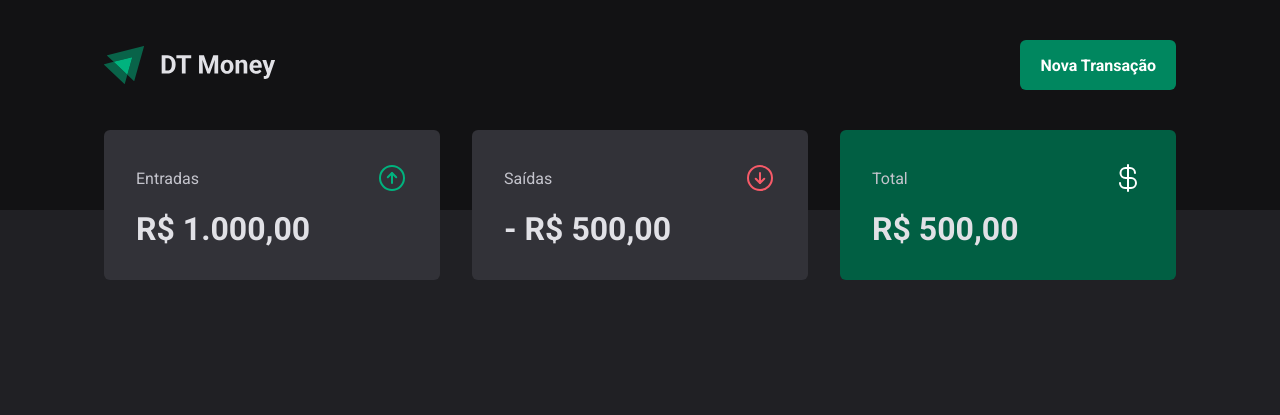
Repository: guilhermecardoso93/dtmoney-reactjs-ignite
Page: /
These files come from the project's save history. The page is drawn as it stood at one moment and after the next save; the edit follows.
The browser window is 1280 px wide. The pictures show the whole page.
The project was rebuilt for these pictures with package versions that can differ from the ones it lists, and the page was loaded fresh each time. Also part of the build but not shown: vite.config.ts.

Above is the page before, as saved 2022-08-15 21:23:42.

### index.html
<!DOCTYPE html>
<html lang="pt-BR">
  <head>
    <meta charset="UTF-8" />
    <link rel="icon" type="image/svg+xml" href="/vite.svg" />
    <link rel="preconnect" href="https://fonts.googleapis.com" />
    <link rel="preconnect" href="https://fonts.gstatic.com" crossorigin />
    <link
      href="https://fonts.googleapis.com/css2?family=Fredoka+One&family=Roboto:wght@300;400;500;700&display=swap"
      rel="stylesheet"
    />
    <meta name="viewport" content="width=device-width, initial-scale=1.0" />
    <title>Dt Money 2022</title>
  </head>
  <body>
    <div id="root"></div>
    <script type="module" src="/src/main.tsx"></script>
  </body>
</html>

### src/App.tsx
import { ThemeProvider } from "styled-components";
import { Header } from "./components/Header";
import { Summary } from "./components/Summary";
import { GlobalStyle } from "./styles/global";
import { defaultTheme } from "./styles/themes/default";

export function App() {
  return (
    <ThemeProvider theme={defaultTheme}>
      <GlobalStyle />
      <Header />
      <Summary />
    </ThemeProvider>
  );
}

### src/components/Header/index.tsx
import { HeaderContainer, HeaderContent, NewTransactionButton } from "./styles";
import LogoImg from "../../assets/logo.svg";

export function Header() {
  return (
    <HeaderContainer>
      <HeaderContent>
        <img src={LogoImg} alt="" />
        <NewTransactionButton>Nova Transação</NewTransactionButton>
      </HeaderContent>
    </HeaderContainer>
  );
}

### src/components/Summary/index.tsx
import { ArrowCircleDown, ArrowCircleUp, CurrencyDollar } from "phosphor-react";
import { SummaryCard, SummaryContainer } from "./styles";

export function Summary() {
  return (
    <SummaryContainer>
      <SummaryCard>
        <header>
          <span>Entradas</span>
          <ArrowCircleUp size={32} color="#00b37e" />
        </header>
        <strong>R$ 1.000,00</strong>
      </SummaryCard>
      <SummaryCard>
        <header>
          <span>Saídas</span>
          <ArrowCircleDown size={32} color="#f75a68" />
        </header>
        <strong> - R$ 500,00</strong>

      </SummaryCard>
      <SummaryCard variant="green">
        <header>
          <span>Total</span>
          <CurrencyDollar size={32} color="#fff" />
        </header>
        <strong>R$ 500,00</strong>
      </SummaryCard>
    </SummaryContainer>
  );
}

### src/styles/global.ts
import { createGlobalStyle } from "styled-components";

export const GlobalStyle = createGlobalStyle`
* {
  margin: 0;
  padding: 0;
  box-sizing: border-box;
}

:focus {
  outline: 0;
  box-shadow:0 0 0 2ox ${(props) => props.theme["green-500"]} ;
}

body {
  background-color: ${(props) => props.theme["gray-800"]};
  color:${(props) => props.theme["gray-100"]}
}

body, input, text-area, button {
  font:400 1rem 'Roboto' ;
}
`;

### src/components/Header/styles.ts
import styled from "styled-components";

export const HeaderContainer = styled.header`
background-color: ${(props) => props.theme["gray-900"]};
padding: 2.5rem 0 7.5rem;
`;

export const HeaderContent = styled.div`
  width: 100%;
  max-width: 1120px;
  margin: 0 auto;
  padding: 0 1.5rem;

  display: flex;
  justify-content: space-between;
  align-items: center;
`;

export const NewTransactionButton = styled.button`
  height: 50px;
  border: 0;
  background-color: ${(props) => props.theme["green-500"]};
  color:${(props) => props.theme.white};
  font-weight:bold;
  padding: 0 1.25rem;
  border-radius: 6px;
  cursor: pointer;
  transition: background-color 0.2s;

  &:hover {
    background-color: ${(props) => props.theme["green-700"]};
  }
`;

### src/components/Summary/styles.ts
import styled, { css } from "styled-components";

export const SummaryContainer = styled.section`
  width: 100%;
  max-width: 1120px;
  margin: 0 auto;
  padding: 0 1.5rem;

  display:grid;
  grid-template-columns:  repeat(3, 1fr);
  gap: 2rem;

  margin-top: -5rem;
  `;

interface SummaryCardProps {
  variant?: "green";
}

export const SummaryCard = styled.div<SummaryCardProps>`
  background-color: ${(props) => props.theme["gray-600"]};
  border-radius: 6px;
  padding: 2rem;

  header{
    display: flex;
    align-items: center;
    justify-content: space-between;
    color: ${(props) => props.theme["gray-300"]};
  }

  strong {
    display: block;
    font-size: 2rem;
    margin-top: 1rem;
  }

  ${(props) =>
  props.variant === "green" && css`
    background-color: ${(props) => props.theme["green-700"]};
  `}

`;

### src/pages/Transactions/index.tsx
import { Header } from "../../components/Header";
import { Summary } from "../../components/Summary";
import { TransactionContainer } from "./styles";

export function Transactions() {
  return (
    <>
      <TransactionContainer>
        <table>
          <tbody>
            <tr>
              <td width="50%">Desenvolvimento de Site</td>
              <td>R$ 500,00</td>
              <td>Venda</td>
              <td>13/04/2022</td>
            </tr>
            <tr>
              <td width="50%">Desenvolvimento de Site</td>
              <td>R$ 500,00</td>
              <td>Venda</td>
              <td>13/04/2022</td>
            </tr>
            <tr>
              <td width="50%">Desenvolvimento de Site</td>
              <td>R$ 500,00</td>
              <td>Venda</td>
              <td>13/04/2022</td>
            </tr>
            <tr>
              <td width="50%">Nubank</td>
              <td> - R$ 400,00</td>
              <td>Cartão de Crédito</td>
              <td>13/04/2022</td>
            </tr>
          </tbody>
        </table>
      </TransactionContainer>
    </>
  );
}

### src/pages/Transactions/styles.ts
import styled, { css } from "styled-components";

export const TransactionContainer = styled.section`
  width: 100%;
  max-width: 1120px;
  margin: 0 auto;
  padding: 0 1.5rem;

  display:grid;
  grid-template-columns:  repeat(3, 1fr);
  gap: 2rem;

  margin-top: -5rem;
  `;

Loaded but not shown: src/main.tsx (common file); src/styles/themes/default.ts (common file)

After the next save:
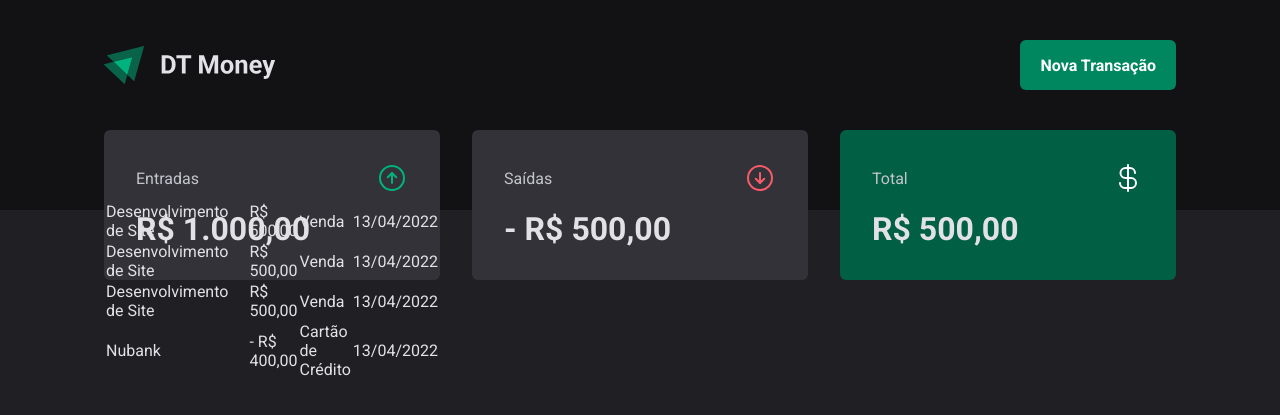
Saved 14 s later.
--- a/src/App.tsx
+++ b/src/App.tsx
@@ -1,6 +1,7 @@
 import { ThemeProvider } from "styled-components";
 import { Header } from "./components/Header";
 import { Summary } from "./components/Summary";
+import { Transactions } from "./pages/Transactions";
 import { GlobalStyle } from "./styles/global";
 import { defaultTheme } from "./styles/themes/default";
 
@@ -10,6 +11,7 @@ export function App() {
       <GlobalStyle />
       <Header />
       <Summary />
+      <Transactions/>
     </ThemeProvider>
   );
 }
